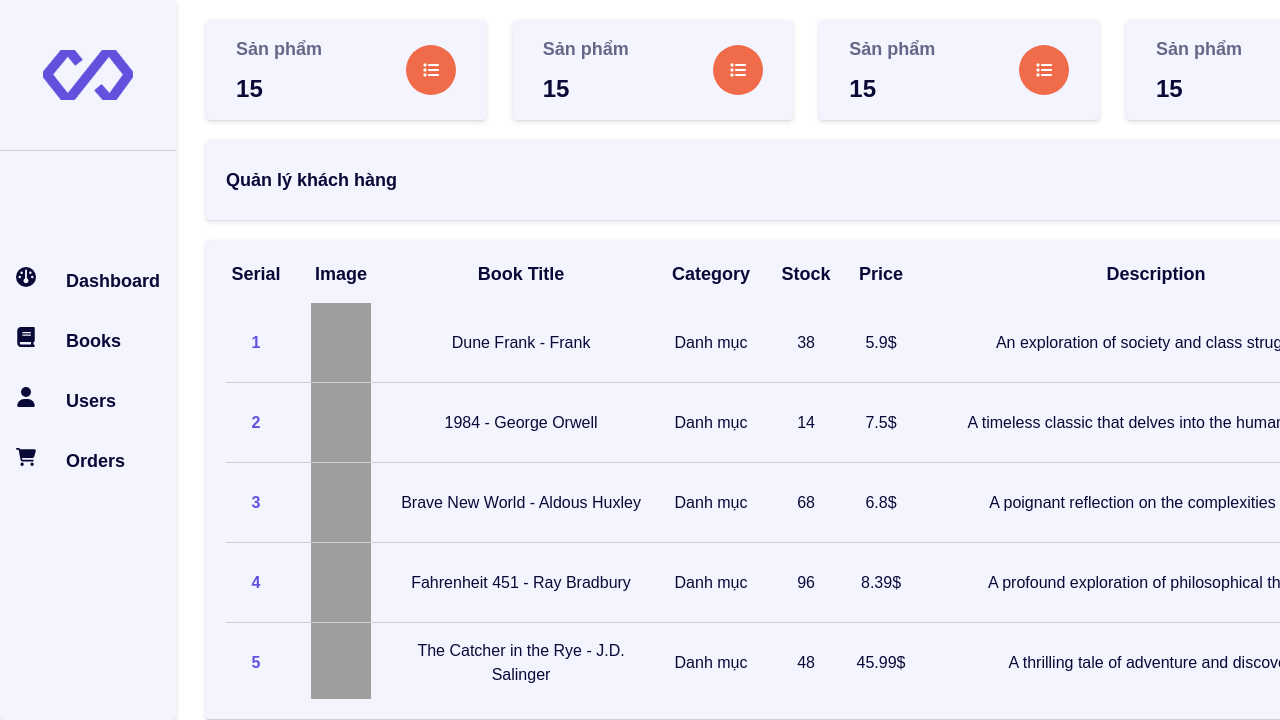
Repository: kauittt/BookStore_FE
Page: / (app in book-store/)
The author's editor kept a copy of each file at every save. The page is drawn from the files as they stood at one save, then again after a run of saves.
The browser window is 1280 px wide. The pictures show the whole page.
Pictures or frames that could not be fetched are drawn as grey boxes. An inner scrolling area shows only its first screen. The project was rebuilt for these pictures with package versions that can differ from the ones it lists, and the page was loaded fresh each time. Also part of the build but not shown: book-store/vite.config.js, book-store/src/components/elements/FormInput.jsx, book-store/src/components/login-signup/Login.jsx, book-store/src/components/book/BookItem.jsx, book-store/src/components/book/BookList.jsx, book-store/src/components/elements/BackNavigation.jsx, book-store/src/components/book/BookDetail.jsx, book-store/src/components/cart/QuantitySelector.jsx and 4 more.

Above is the page before, as saved 2024-07-20 12:41:59.

After the next 2 saves:
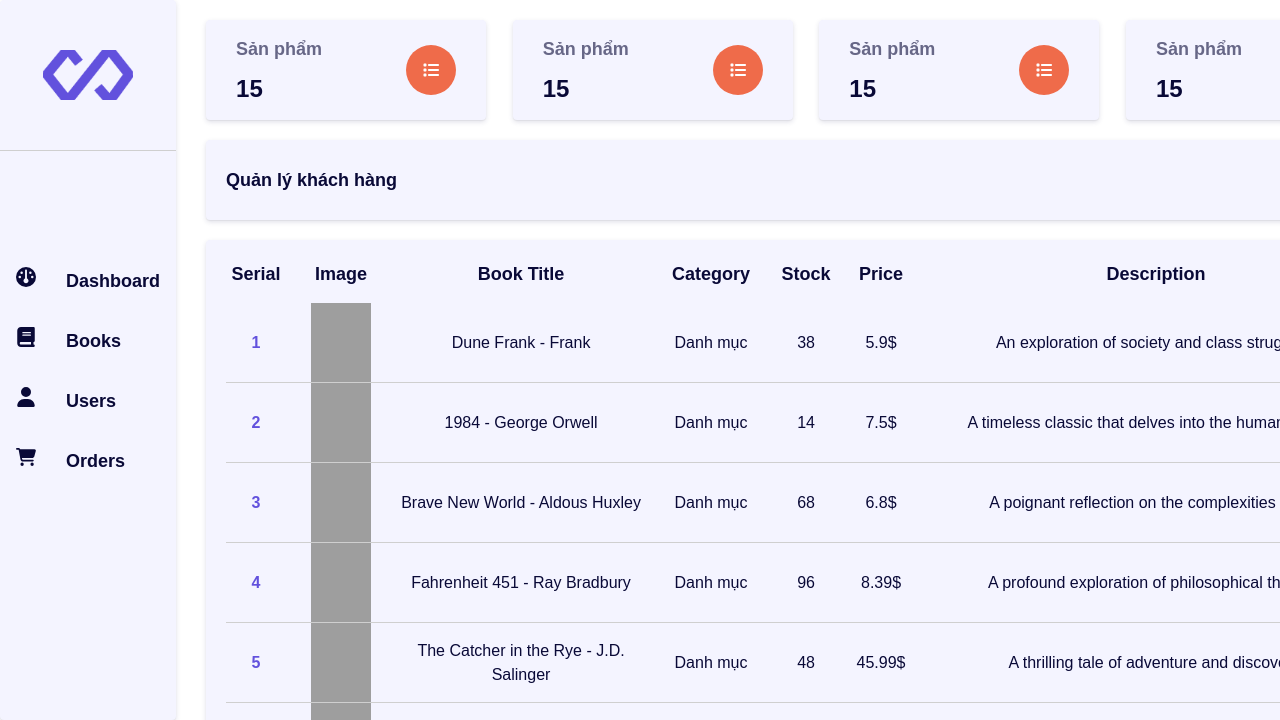
The 2 saves are shown as one change because 1 did not build or start.
The last was saved 16 s later.
--- a/book-store/src/components/admin/ManageList.jsx
+++ b/book-store/src/components/admin/ManageList.jsx
@@ -54,8 +54,7 @@ const ManageList = (props) => {
         <div
             className="max-w-[1200px] w-[1200px] p-[20px]
         flex flex-col gap-[15px] bg-bgr-main shadow-custom rounded
-        border-b border-border
-        overflow-y-auto"
+       "
         >
             {/*//* Category */}
             <div
